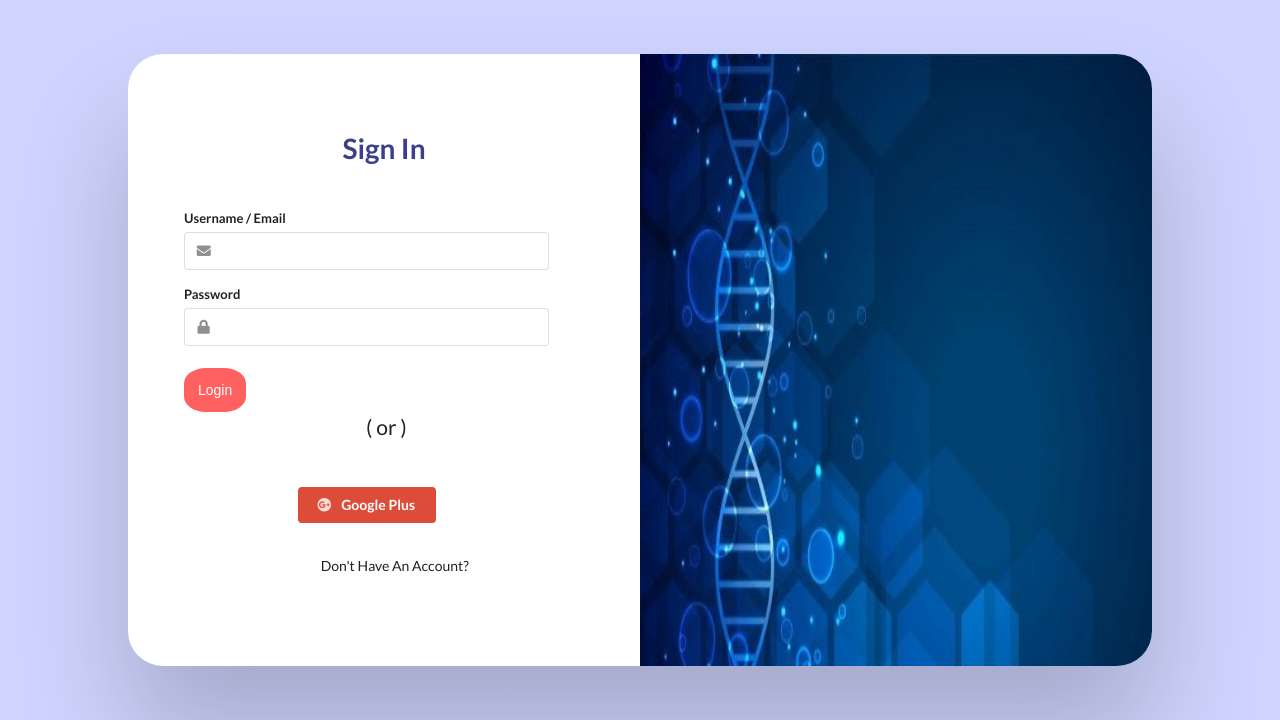
Repository: ajayaj2001/healthcare-digitization
Page: /login
These files come from the project's save history. The page is drawn as it stood at one moment and after the next save; the edit follows.
The browser window is 1280 px wide. The pictures show the whole page.
The project was rebuilt for these pictures with package versions that can differ from the ones it lists, and the page was loaded fresh each time. Also part of the build but not shown: src/component/userType/UserType.scss, src/component/userType/UserType.js.

Above is the page before, as saved 2021-03-12 21:46:58.

### public/index.html
<!DOCTYPE html>
<html lang="en">

<head>
  <meta charset="utf-8" />
  <meta name="viewport" content="width=device-width, initial-scale=1" />
  <meta name="theme-color" content="#000000" />
  <meta name="description" content="Web site created using create-react-app" />
  <link rel="stylesheet" href="https://fonts.googleapis.com/css?family=Roboto:300,400,500,700&display=swap" />
  <link rel="stylesheet" href="https://fonts.googleapis.com/icon?family=Material+Icons" />

  <!--
      manifest.json provides metadata used when your web app is installed on a
      user's mobile device or desktop. See https://developers.google.com/web/fundamentals/web-app-manifest/
    -->
  <!-- <link rel="manifest" href="%PUBLIC_URL%/manifest.json" /> -->
  <!--
      Notice the use of %PUBLIC_URL% in the tags above.
      It will be replaced with the URL of the `public` folder during the build.
      Only files inside the `public` folder can be referenced from the HTML.

      Unlike "/favicon.ico" or "favicon.ico", "%PUBLIC_URL%/favicon.ico" will
      work correctly both with client-side routing and a non-root public URL.
      Learn how to configure a non-root public URL by running `npm run build`.
    -->
  <title>medical</title>
</head>

<body>
  <noscript>You need to enable JavaScript to run this app.</noscript>
  <div id="root"></div>
  <!--
      This HTML file is a template.
      If you open it directly in the browser, you will see an empty page.

      You can add webfonts, meta tags, or analytics to this file.
      The build step will place the bundled scripts into the <body> tag.

      To begin the development, run `npm start` or `yarn start`.
      To create a production bundle, use `npm run build` or `yarn build`.
    -->
</body>

</html>

### src/index.js
import React from 'react';
import ReactDOM from 'react-dom';
import './index.scss';
import App from './component/app/App';
import 'semantic-ui-css/semantic.min.css'


ReactDOM.render(
  <React.StrictMode>
    <App />
  </React.StrictMode>,
  document.getElementById('root')
);

### src/index.scss
code {
  font-family: source-code-pro, Menlo, Monaco, Consolas, "Courier New", monospace;
}
@mixin respond($breakpoint) {
  @if $breakpoint == phone {
    @media (max-width: 37.5em) {
      @content;
    }
  }

  @if $breakpoint == tab-land {
    @media (max-width: 75em) {
      @content;
    }
  }
  @if $breakpoint == tab-port {
    @media (max-width: 56.25em) {
      @content;
    }
  }
  @if $breakpoint == big-desktop {
    @media (min-width: 112.5em) {
      @content;
    }
  }
}

*,
*::after,
*::before {
  margin: 0;
  padding: 0;
  box-sizing: inherit;
}
body {
  font-family: "Lato", sans-serif;
  font-weight: 400;
  font-size: 16px;
  line-height: 1.7;
  color: #777;
  //padding: 30px;
  box-sizing: border-box;
  @include respond(tab-port) {
    padding: 0;
  }
}

html {
  font-size: 62.5%; //1rem=10px 10px/16px=62.5%
  @include respond(tab-land) {
    //width <1200
    font-size: 56.25%; //1rem=9px
  }
  @include respond(tab-port) {
    //<width <900
    font-size: 50%; //1rem=8px
  }
  // @include respond(phone) {
  //     //<width<600
  //     font-size: 40%; //1rem=4.8px
  // }
  @include respond(big-desktop) {
    //>1200
    font-size: 75%; //1rem=12
  }
}

### src/component/app/App.js
import './App.scss';

import UserType from "../userType/UserType";
import Login from '../login/Login';

function App() {
  return (
    <div className="App">
      {/* <UserType /> */}
      <Login/>
    </div>
  );
}

export default App;

### src/component/login/Login.js
import React from 'react'
import sideGif from '../../img/img-1.jpg'
import './Login.scss'
import LoginForm from './loginForm/LoginForm'


const Login = () => {
    return (
        <div className="loginContainer">
            <div className="login">
                <div className="login__signin">
                    <h2 className="login__signin--heading">Sign In</h2>
                    <div className="login__signin--form"><LoginForm /></div>
                </div>

                <img src={sideGif} alt="rocket" className="login__image" />
            </div>
        </div>
    )
}

export default Login

### src/component/login/Login.scss
.loginContainer {
    margin: 0;
    background-color: #cfd4fe;
    height: 100vh;
    display: flex;
    justify-content: center;
    align-items: center;
}
.login {
    background-color: white;
    width: 80%;
    height: 85%;
    display: grid;
    grid-template-columns: 50% 50%;
    @media (max-width: 65em) {
        grid-template-columns: 100%;
      }
    border-radius: 2.5rem;
    align-items: center;
    overflow: hidden;
    box-shadow: 0 5rem 8rem rgba(black, 0.2);
    &__image {
        width: 100%;
        height: 100%;
    }
    @media (max-width: 65em) {
        &__image {
            display: none;
        }
      }
    &__signin {
        display: flex;
        flex-direction: column;
        margin-bottom: 5rem;
        &--form {
            height: 70%;
        }
        &--heading {
            font-size: 2rem;
            color: #3b4089;
            align-self: center;
        }
    }
}


.ui.error.message{
    width: 90% !important;
    height: 4rem !important;
}

### src/component/login/loginForm/LoginForm.js
import React, { useState } from 'react'
import { Form, Message,Button,Icon } from 'semantic-ui-react'
import './LoginForm.scss'
//import { Link } from 'react-router-dom';
//import firebase from '../../../../firebase';


const LoginForm = () => {

    const [errors, seterrors] = useState("")
    const [email, setEmail] = useState("");
    const [password, setPassword] = useState("");
    const [loading, setLoading] = useState(false);




    const formSubmit = (event) => {
        event.preventDefault();
        if (email && password) {
            setLoading(true);
            // firebase
            //     .auth()
            //     .signInWithEmailAndPassword(email, password)
            //     .then(() => {
            //         setLoading(false);
            //         seterrors("")
            //     })
            //     .catch((err) => {
            //         console.log(err);
            //         seterrors(err.message)
            //         setLoading(false);
            //     })
        }
        else {
            seterrors("Fill  the data")
        }
    }



    return (
        <div className="loginForm">
            {
                errors ? <Message error style={{ width: '40rem', height: '5rem' }} ><h2>{errors}</h2></Message> : ""

            }
            <Form onSubmit={formSubmit}>
                <Form.Input
                    fluid
                    name="email"
                    icon="mail"
                    iconPosition="left"
                    label="Username / Email"
                    type="Email"
                    onChange={(event) => setEmail(event.target.value)} value={email}
                    className={errors.toLowerCase().includes('email') ? 'error loginForm__input' : 'loginForm__input'}
                />
                <Form.Input
                    fluid
                    name="password"
                    icon="lock"
                    iconPosition="left"
                    label="Password"
                    type="password"
                    onChange={(event) => setPassword(event.target.value)} value={password}
                    className={errors.toLowerCase().includes('password') ? 'error loginForm__input' : 'loginForm__input'}
                />
                <button disabled={loading} className={loading ? 'loading loginForm__button' : " loginForm__button"} type='submit'>Login </button>
            </Form>
            <div className="loginForm__text">( or )</div>
            <Button color='google plus' className="loginForm__gbutton">
      <Icon name='google plus' /> Google Plus
    </Button>
            <div className="loginForm__link">Don't Have An Account? {/*<Link to="/register" >  Register</Link>*/}</div>

        </div>
    )
}

export default LoginForm

### src/component/login/loginForm/LoginForm.scss
.loginForm {
    margin-top: 2rem;
    padding-left: 4rem;
    &__input {
        width: 80%;
        border-radius: 30%;
    }
    &__text{
        font-size: 1.5rem;
        padding: 1% 0rem 11% 13rem;
    }
    &__gbutton{
        margin-left: 25% !important;
        margin-bottom: 2rem !important;
    }
    &__button {
        background-color: #ff6161;
        border: none;
        padding: 1rem;
        border-radius: 35%;
        color: white;
        margin-top: 0.6rem;
    }
    &__button:focus {
        outline: none;
        background-color: #ffbcbc;
    }
    &__link {
        padding-top: 0.4rem;
        padding-left: 30%;
        margin-bottom: -4rem;
    }
    &__input2 {
        width: 80%;
    }
}

Loaded but not shown: src/component/app/App.scss (no stored copy; drawn as an empty file)

After the next save:
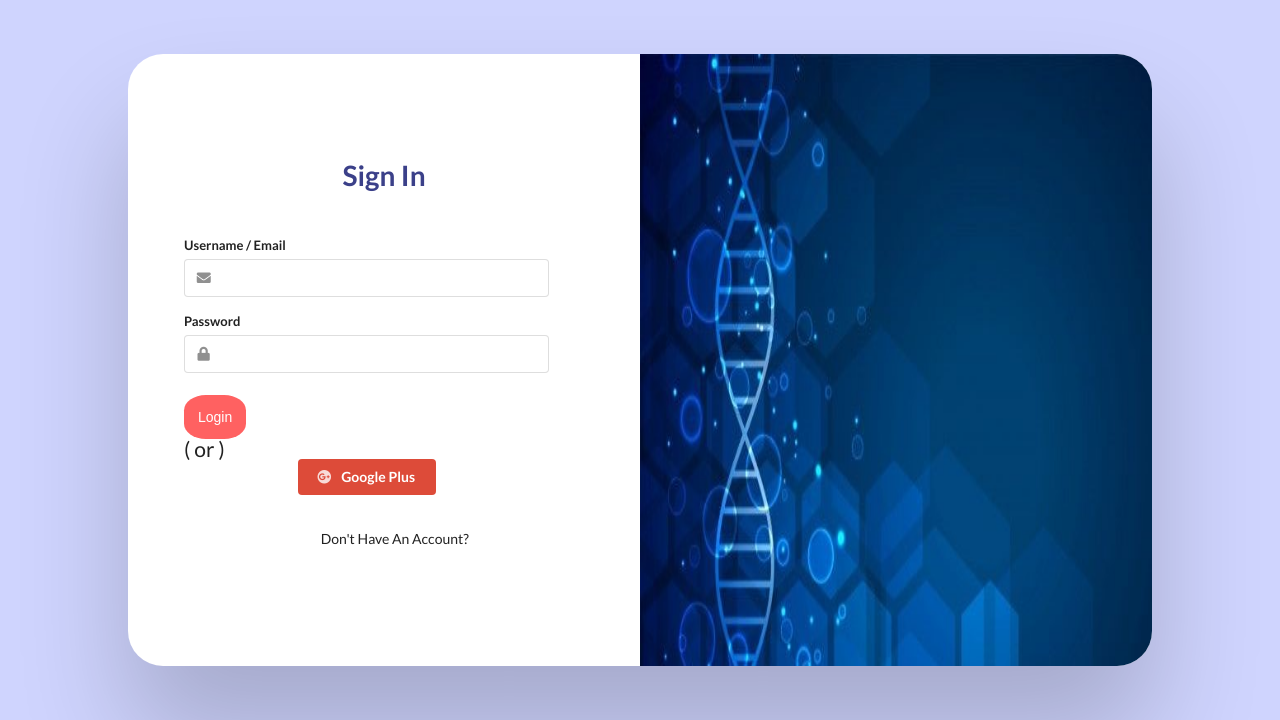
Saved 9 s later.
--- a/src/component/login/loginForm/LoginForm.scss
+++ b/src/component/login/loginForm/LoginForm.scss
@@ -7,7 +7,7 @@
     }
     &__text{
         font-size: 1.5rem;
-        padding: 1% 0rem 11% 13rem;
+        padding: 1% 0rem 11% 5%rem;
     }
     &__gbutton{
         margin-left: 25% !important;

After the 2 saves that followed:
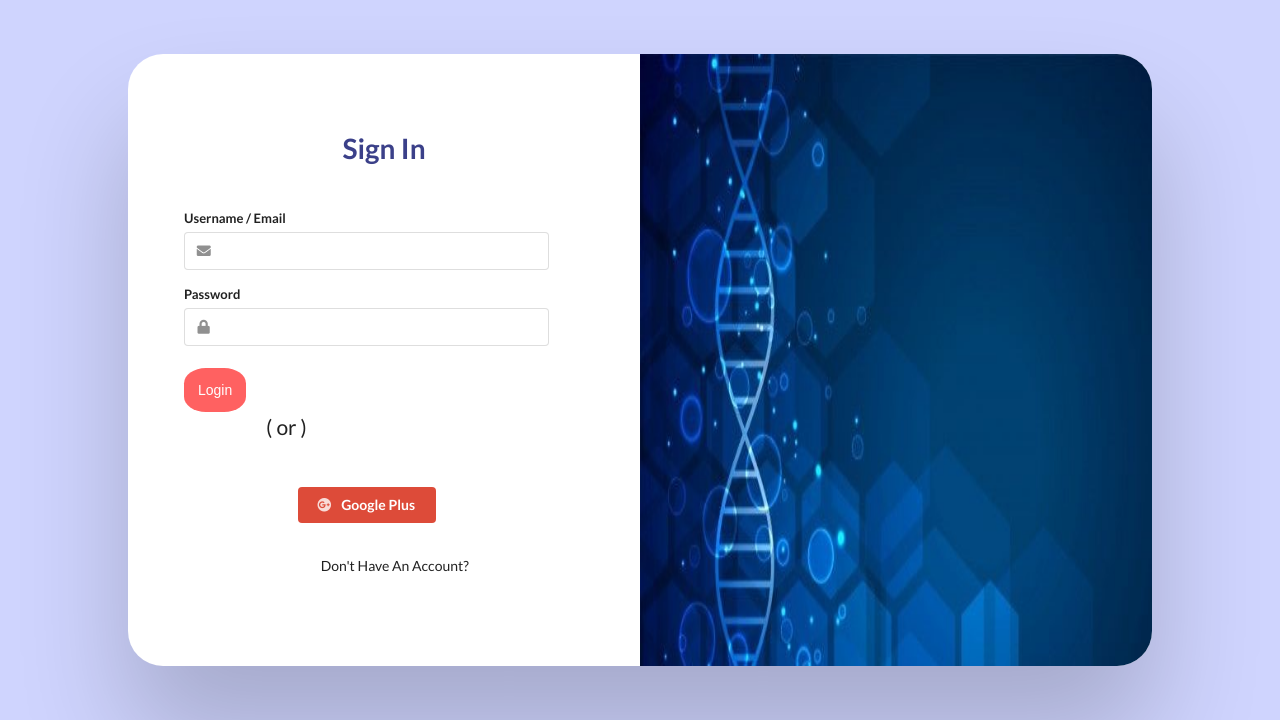
The 2 saves are shown as one change because 1 left the picture as it was.
The last was saved 11 s later.
--- a/src/component/login/loginForm/LoginForm.scss
+++ b/src/component/login/loginForm/LoginForm.scss
@@ -7,7 +7,7 @@
     }
     &__text{
         font-size: 1.5rem;
-        padding: 1% 0rem 11% 5%rem;
+        padding: 1% 0rem 11% 18%;
     }
     &__gbutton{
         margin-left: 25% !important;
